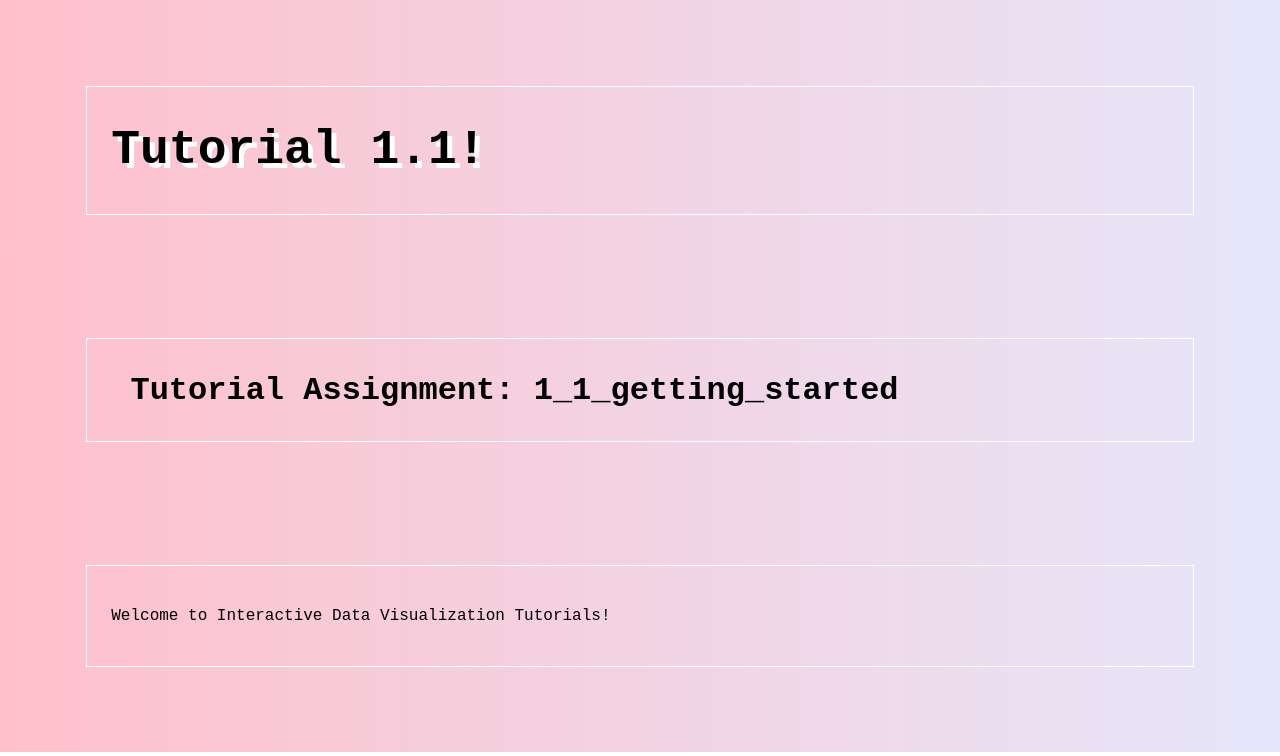
Repository: lisjak/Interactive-Data-Vis-Fall2022
Page: 1_1_getting_started/index.html
These files come from the project's save history. The page is drawn as it stood at one moment and after the next save; the edit follows.
The browser window is 1280 px wide. The pictures show the whole page.
Some web fonts or font styles are not loaded; a fallback is used.

Above is the page before, as saved 2022-09-04 21:55:09.

After the next save:
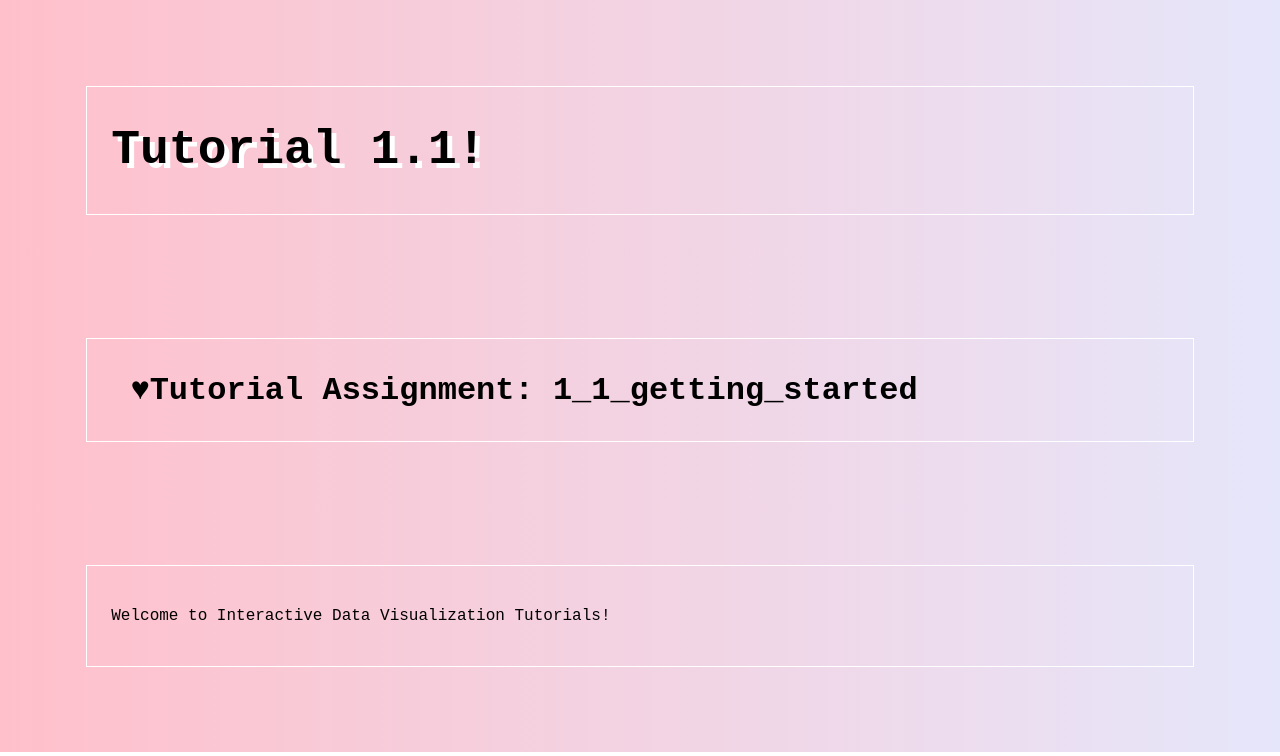
Saved 12 s later.
--- a/1_1_getting_started/index.html
+++ b/1_1_getting_started/index.html
@@ -17,7 +17,7 @@
         <h1>Tutorial 1.1!</h1>
     </div>
     <div>
-        <h3> &#65039; Tutorial Assignment: 1_1_getting_started </h3>
+        <h3> &#65039; &hearts;Tutorial Assignment: 1_1_getting_started </h3>
     </div>
     <div>
         <p>Welcome to Interactive Data Visualization Tutorials! </p>
